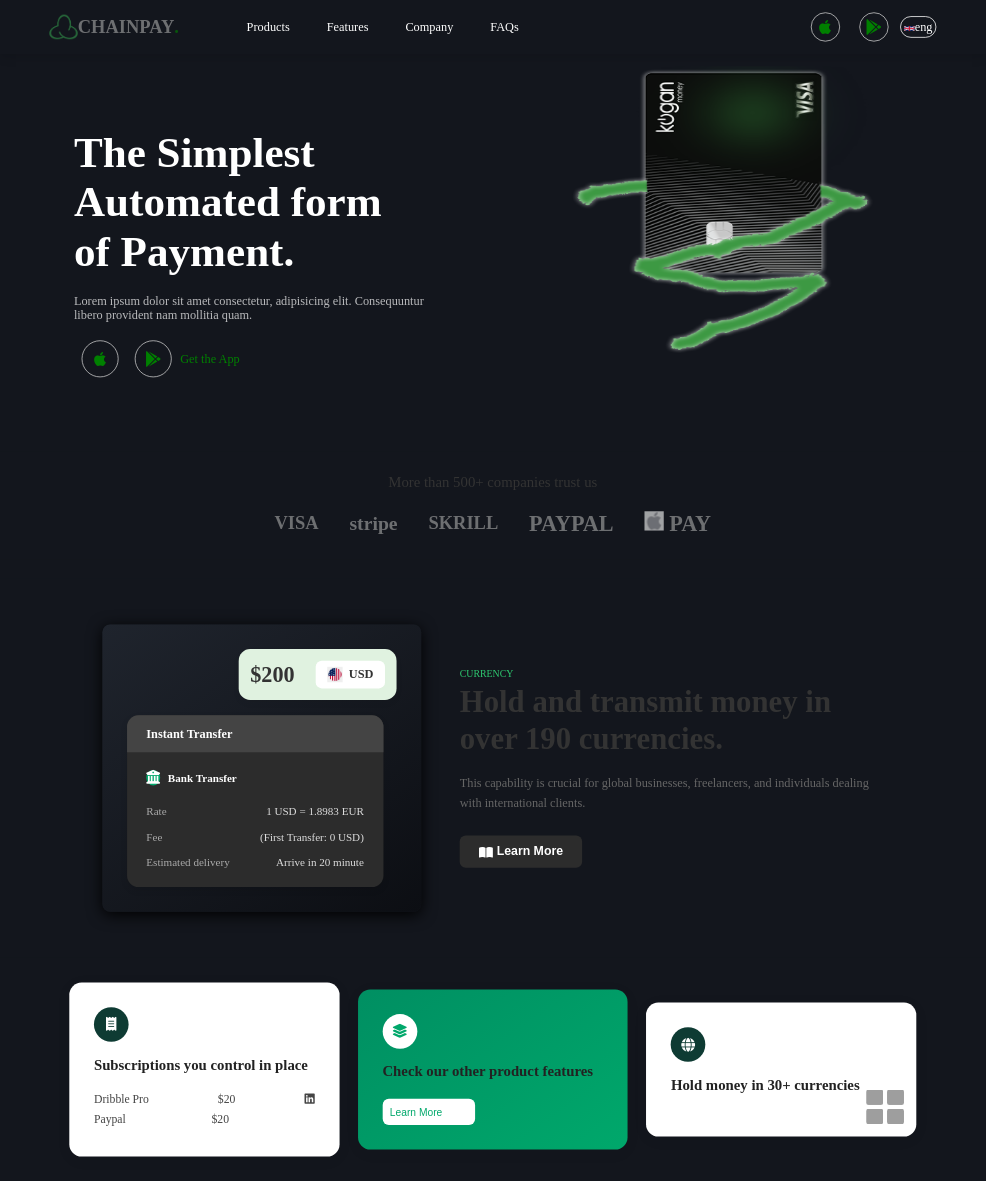
Repository: Austinokezie/Fintech-landing-page
Page: Chainpay.html
An editor plug-in stored every save of this project. The page is shown before and after the next save, followed by the edit.
The browser window is 1280 px wide. The pictures show the whole page, at 77% of full size.
Pictures or frames that could not be fetched are drawn as grey boxes. Some web libraries are served in a nearby version.

Above is the page before, as saved 2025-10-15 21:07:04.

After the next save:
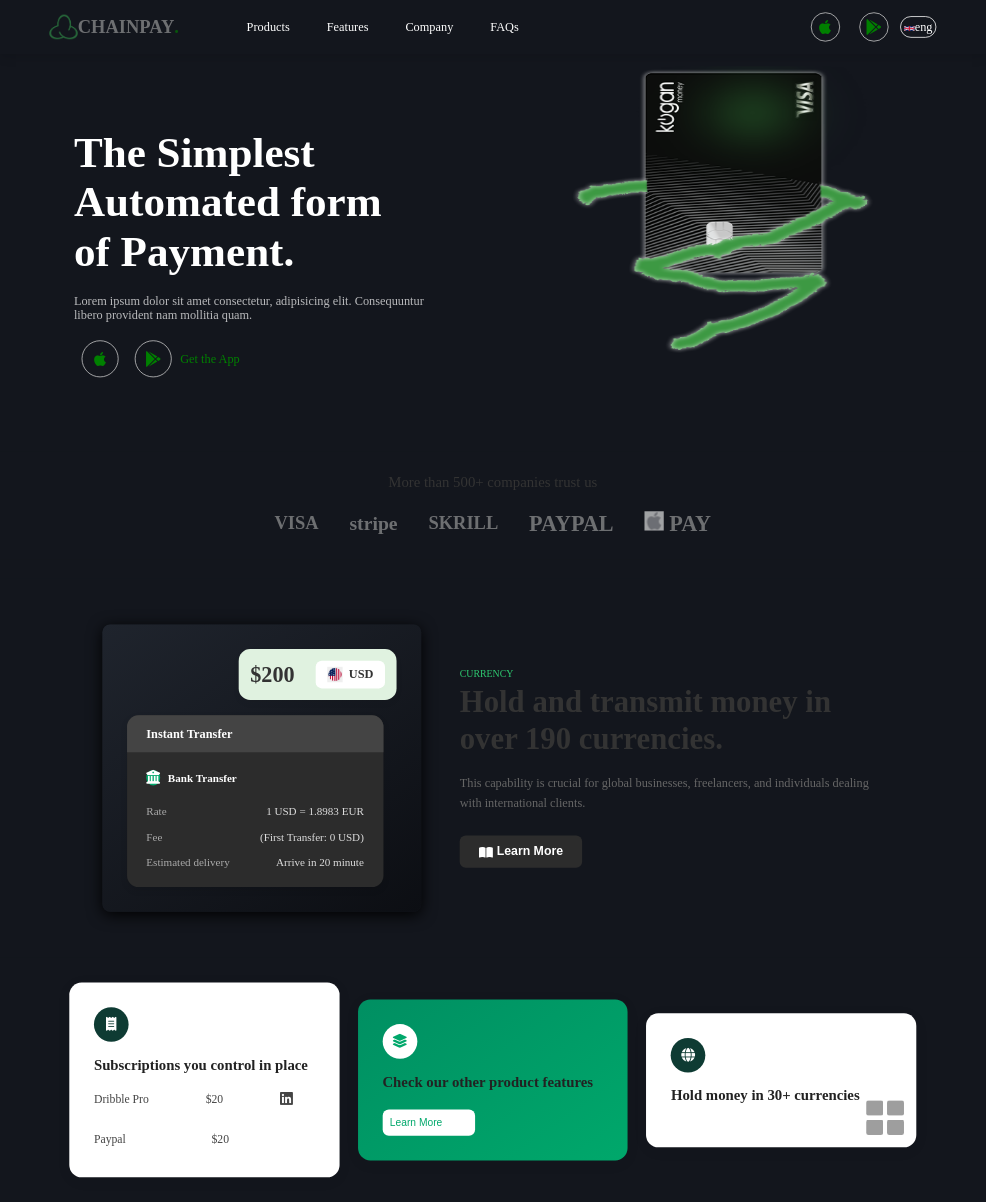
Saved 8 min 8 s later.
--- a/Chainpay.css
+++ b/Chainpay.css
@@ -496,6 +496,12 @@
   font-size: 0.95rem;
   color: #444;
 }
+.card-footer .item i{
+    width: 45px;
+   height: 45px;
+   border-radius: 50%;
+  font-size: 1.2rem;
+}
 
 /* === Flag Icons (Last Card) === */
 .flag-icons {
